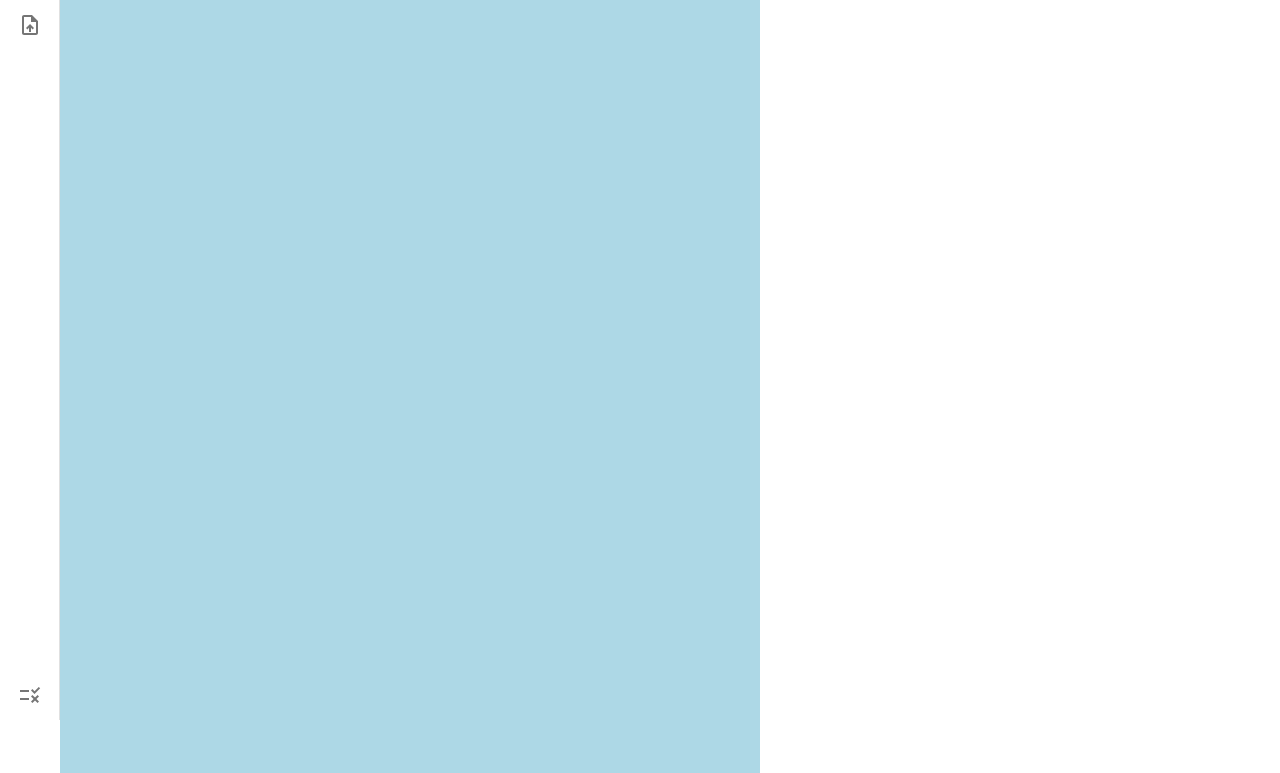
Repository: imark00/sbolInsight_frontend
Page: /
These files come from the project's save history. The page is drawn as it stood at one moment and after the next save; the edit follows.
The browser window is 1280 px wide. The pictures show the whole page.
The project was rebuilt for these pictures with package versions that can differ from the ones it lists, and the page was loaded fresh each time. Also part of the build but not shown: src/App.css.

Above is the page before, as saved 2024-08-15 20:59:57.

### src/App.js
import './App.css';
import SBOLInsightPage from './sbolInsight';

function App() {
  return (
    <SBOLInsightPage />
  );
}

export default App;

### src/sbolInsight.js
import React, { useState } from "react";
import { Drawer, Box, IconButton } from "@mui/material";
import UploadFileIcon from '@mui/icons-material/UploadFile';
import RuleOutlinedIcon from '@mui/icons-material/RuleOutlined';


const drawerWidth = 60

// function timeout(delay) {
//     return new Promise(res => setTimeout(res, delay));
// }

const SBOLInsightPage = () => {

    const [testData, setTestData] = useState('');


    const testAPI = async () => {
        try {
            let response = await fetch("http://localhost:8080/api/test")
            if (response.status === 200) {
                let data = await response.json()
                setTestData(data)
            }
        } catch (error) {
            console.error('Error:', error)
        }
    }

    // useEffect(() => { testAPI() }, [])

    function uploadFile() {
        console.log("Upload file")
        testAPI()
    }

    function showValiationReport() {
        console.log("Show validation report")
    }

    return (
        <Box sx={{ display: 'flex' }}>

            <Drawer
                sx={{
                    width: drawerWidth,
                    flexShrink: 0,
                    '& .MuiDrawer-paper': {
                        width: drawerWidth,
                        boxSizing: 'border-box',
                        padding: '5px',
                        display: 'flex',
                        flexDirection: 'column',
                        justifyContent: 'space-between',
                    },
                }}
                variant="permanent"
                anchor="left"
            >
                <IconButton
                    onClick={uploadFile}
                >
                    <UploadFileIcon />
                </IconButton>

                <IconButton
                    onClick={showValiationReport}
                >
                    <RuleOutlinedIcon />
                </IconButton>
            </Drawer>

            <Box
                sx={{
                    width: '50vw',
                    height: '99vh',
                    background: 'lightblue',
                    padding: '30px',
                }}
            >
                <p> {testData.status}</p>
                <p> {testData.app}</p>
                <p> {testData.message}</p>
            </Box>
        </Box>
    );
}

export default SBOLInsightPage;

Loaded but not shown: public/index.html (common file); src/index.js (common file); src/index.css (common file); src/reportWebVitals.js (common file)

After the next save:
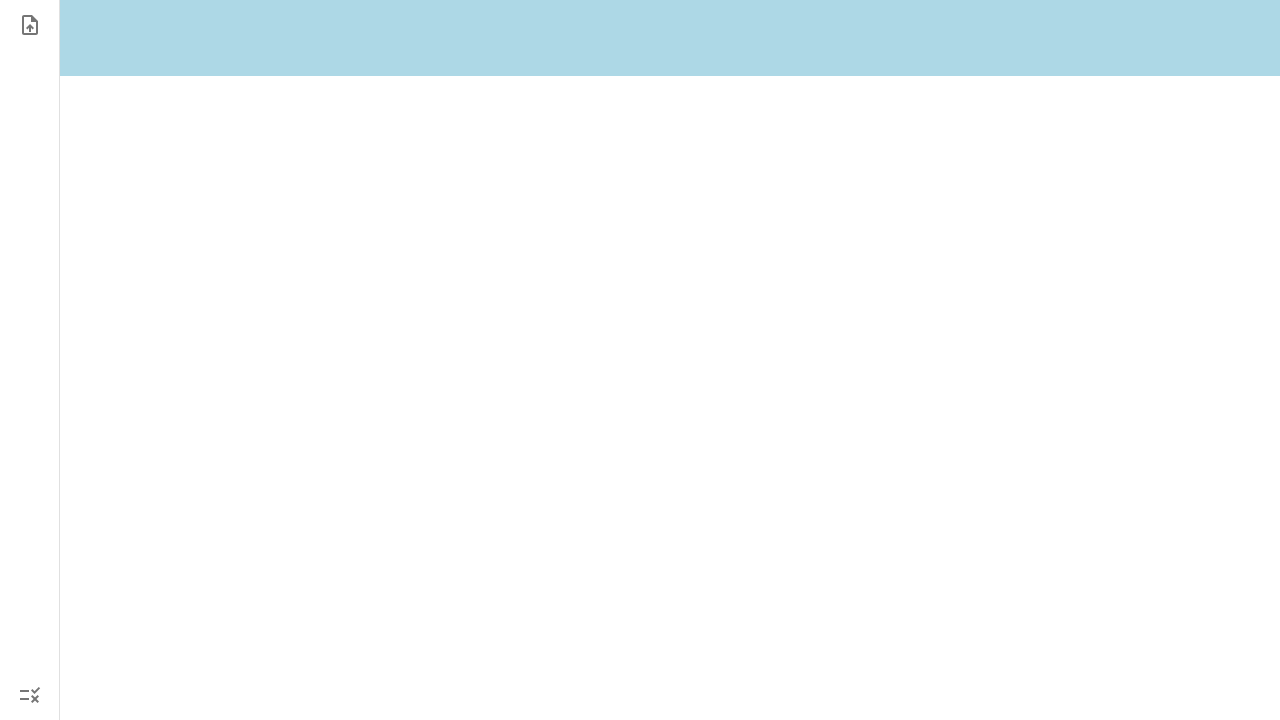
Saved 23 s later.
--- a/src/sbolInsight.js
+++ b/src/sbolInsight.js
@@ -72,8 +72,7 @@
 
             <Box
                 sx={{
-                    width: '50vw',
-                    height: '99vh',
+                    width: '100%',
                     background: 'lightblue',
                     padding: '30px',
                 }}
